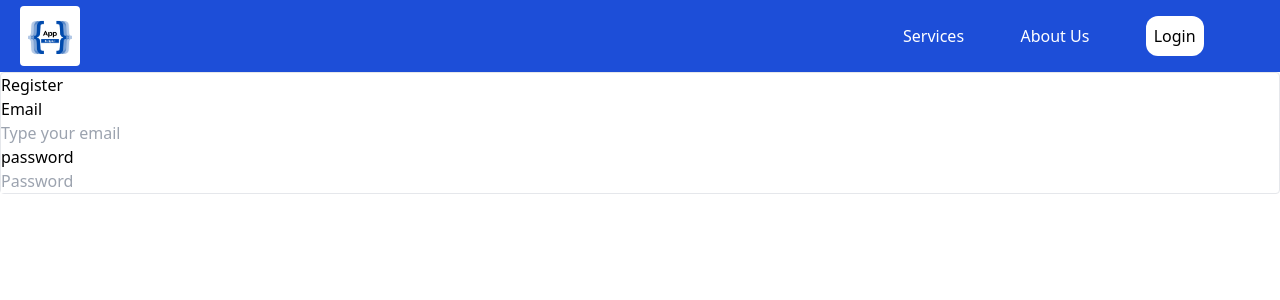
Repository: Cotizacionact/appscriptersvelte
Page: /Auth
An editor plug-in stored every save of this project. The page is shown before and after a run of saves, followed by the edit.
The browser window is 1280 px wide. The pictures show the whole page.
The page's requests for data from a server got no answer. The project was rebuilt for these pictures with package versions that can differ from the ones it lists, and the page was loaded fresh each time. The framework's server and built-in components were replaced by stand-ins that run in the browser. No one was signed in, and anything a server would have sent is missing. Also part of the build but not shown: svelte.config.js, vite.config.ts.

Above is the page before, as saved 2023-08-20 02:10:12.

After the next 2 saves:
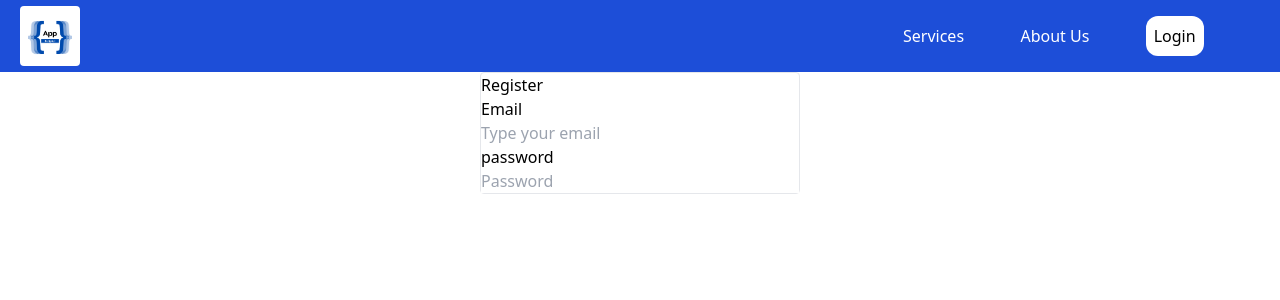
The 2 saves are shown as one change because 1 did not build or start.
The last was saved 49 s later.
--- a/src/routes/Auth/register.svelte
+++ b/src/routes/Auth/register.svelte
@@ -2,8 +2,8 @@
 
 </script>
 
-<main class="border rounded">
-    <form action="?/register" method="POST" class="flex flex-col md:w-1/4">
+<main class="flex justify-center">
+    <form action="?/register" method="POST" class="flex flex-col md:w-1/4 border rounded">
         <h1>Register</h1>
         <label for="email">Email</label>
         <input type="text" name="email" id="email" placeholder="Type your email"/>
